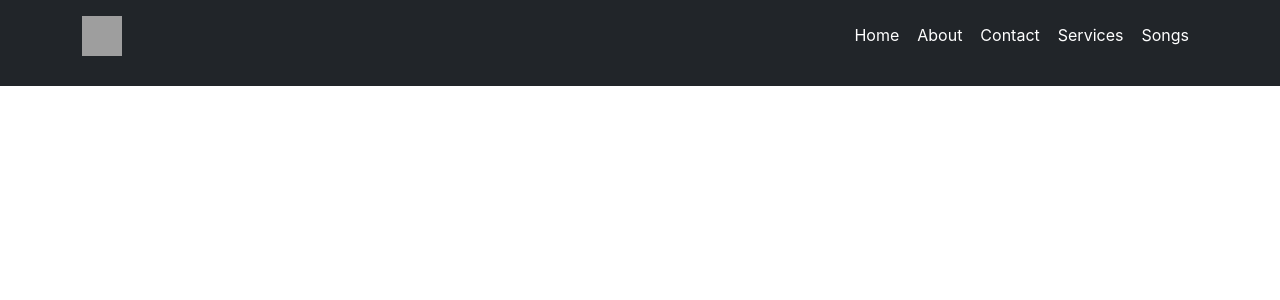
Repository: stephenkayade/cephas-musical
Page: / (app in cephas-musical/)
The author's editor kept a copy of each file at every save. The page is drawn from the files as they stood at one save, then again after the next save.
The browser window is 1280 px wide. The pictures show the whole page.
Pictures or frames that could not be fetched are drawn as grey boxes. The project was rebuilt for these pictures with package versions that can differ from the ones it lists, and the page was loaded fresh each time. A package was used in the major version that the imports need, not the one package.json lists. Also part of the build but not shown: cephas-musical/src/components/Master.jsx.

Above is the page before, as saved 2021-03-09 04:58:45.

After the next save:
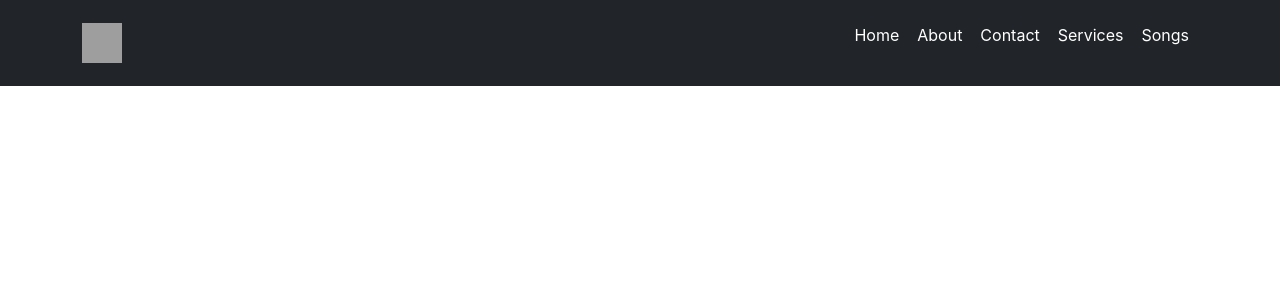
Saved 6 s later.
--- a/cephas-musical/src/components/partials/Nav.jsx
+++ b/cephas-musical/src/components/partials/Nav.jsx
@@ -30,7 +30,7 @@ const Nav = () => {
   return (
     <>
       <div className="container-fluid bg-dark p-3">
-        <div className="container d-flex  justify-content-between">
+        <div className="container d-flex align-items-center justify-content-between">
         <img src={image} alt="logo image"  className="logo-img"/>
           <ul className="d-flex navbox">
             {Navlists.length > 0 ? (
